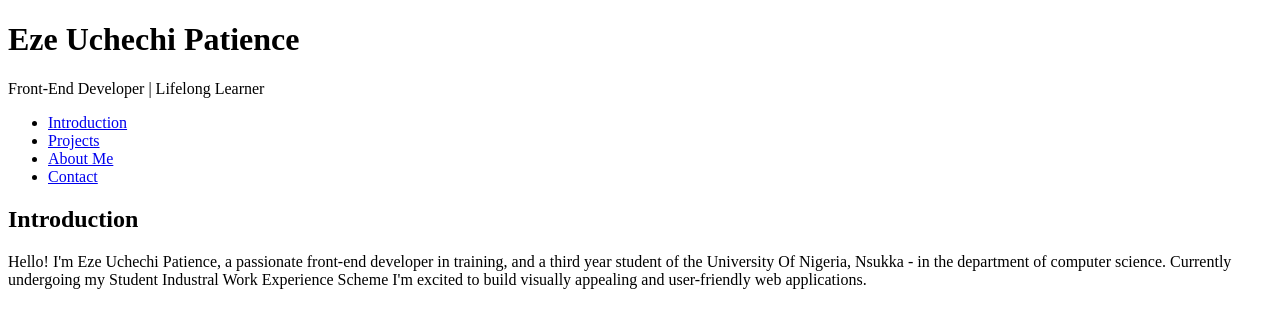
Repository: Patience225/My_First_Portfolio
Page: Portfolio/index.html
These files come from the project's save history. The page is drawn as it stood at one moment and after a run of saves; the edit follows.
The browser window is 1280 px wide. The pictures show the whole page.

Above is the page before, as saved 2024-12-16 13:10:23.

### Portfolio/index.html
<!DOCTYPE html>
<html lang="en">
<head>
    <meta charset="utf-8">
    <title>Eze Uchechi Patience - Personal Portfolio</title>
</head>
<body>
    <header>
        <h1>Eze Uchechi Patience</h1>
        <p>Front-End Developer | Lifelong Learner</p>
    </header>
    <nav>
      <ul>
        <li><a href="#introduction">Introduction</a></li>
        <li><a href="#projects">Projects</a></li>
        <li><a href="#about">About Me</a></li>
        <li><a href="#contact">Contact</a></li>
    </ul>
    </nav>
    <section id="introduction">
      <h2>Introduction</h2>
    <p>Hello! I'm Eze Uchechi Patience, a passionate front-end developer in training, and a third year student of the University Of Nigeria, Nsukka - in the department of computer science. Currently undergoing my Student Industral Work Experience Scheme I'm excited to build visually appealing and user-friendly web applications.</p>
    </section>
    <section id="projects"></section>
    <section id="about"></section>
    <section id="contact"></section>
    <footer>

    </footer>
</body>
</html>

After the next 2 saves:
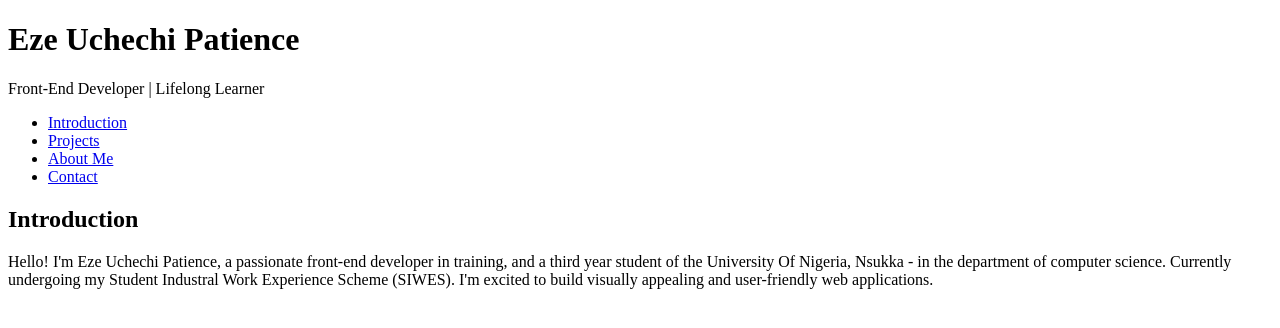
The 2 saves are shown as one change because they came seconds apart.
The last was saved 8 s later.
--- a/Portfolio/index.html
+++ b/Portfolio/index.html
@@ -19,7 +19,7 @@
     </nav>
     <section id="introduction">
       <h2>Introduction</h2>
-    <p>Hello! I'm Eze Uchechi Patience, a passionate front-end developer in training, and a third year student of the University Of Nigeria, Nsukka - in the department of computer science. Currently undergoing my Student Industral Work Experience Scheme I'm excited to build visually appealing and user-friendly web applications.</p>
+    <p>Hello! I'm Eze Uchechi Patience, a passionate front-end developer in training, and a third year student of the University Of Nigeria, Nsukka - in the department of computer science. Currently undergoing my Student Industral Work Experience Scheme (SIWES). I'm excited to build visually appealing and user-friendly web applications.</p>
     </section>
     <section id="projects"></section>
     <section id="about"></section>
